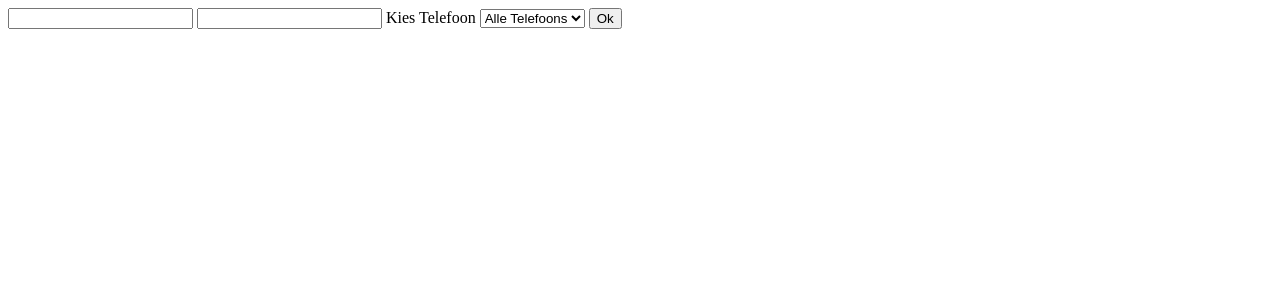
Repository: devdevhub/bs-ooievaar
Page: http://localhost/JSP-opdrachten/mobieltelefoonshop/index.jsp
These files come from the project's save history. The page is drawn as it stood at one moment and after the next save; the edit follows.
The browser window is 1280 px wide. The pictures show the whole page.
The page is served by Tomcat 9.

Above is the page before, as saved 2016-04-11 10:41:44.

After the next save:
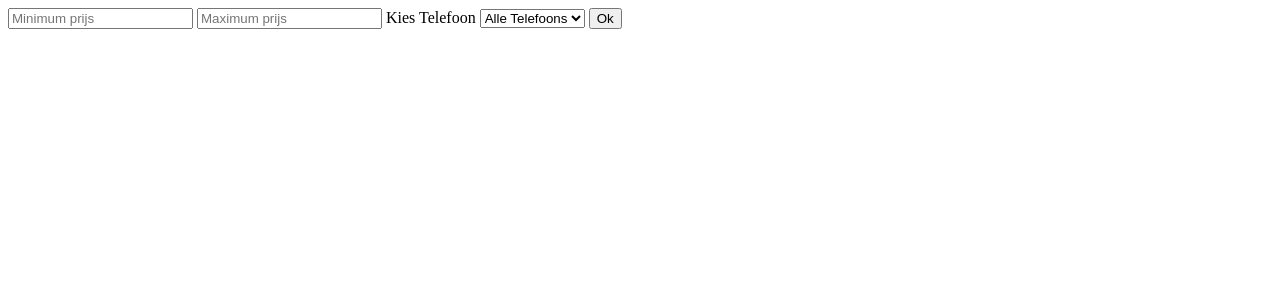
Saved 4 min 42 s later.
--- a/workspace/JSP-opdrachten/war/mobieltelefoonshop/index.jsp
+++ b/workspace/JSP-opdrachten/war/mobieltelefoonshop/index.jsp
@@ -47,8 +47,8 @@
 </head>
 <body>
 	<form action="index.jsp" method="get">
-			<input type="text" name="minprijs" id="minprijs">
-			<input type="text" name="maxprijs" id="maxprijs">
+			<input type="text" placeholder="Minimum prijs" id="minprijs">
+			<input type="text" placeholder="Maximum prijs" id="maxprijs">
 			Kies Telefoon <select
 				name="merk">
 				<option value="alle">Alle Telefoons</option>
